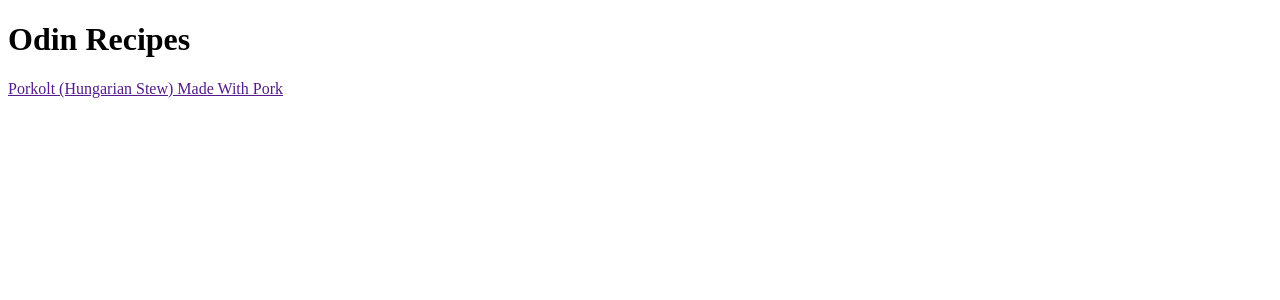
Repository: ShaneLau2/odin-recipes
Page: index.html
An editor plug-in stored every save of this project. The page is shown before and after a run of saves, followed by the edit.
The browser window is 1280 px wide. The pictures show the whole page.

Above is the page before, as saved 2024-02-23 16:54:41.

### index.html
<!DOCTYPE html>
<html lang="en">

<head>
    <meta charset="UTF-8">
    <meta name="viewport" content="width=device-width, initial-scale=1.0">
    <title>Odin Recipes</title>
</head>

<body>
    <h1>Odin Recipes</h1>
    <a href="">Porkolt (Hungarian Stew) Made With Pork</a>
</body>

</html>

After the next 3 saves:
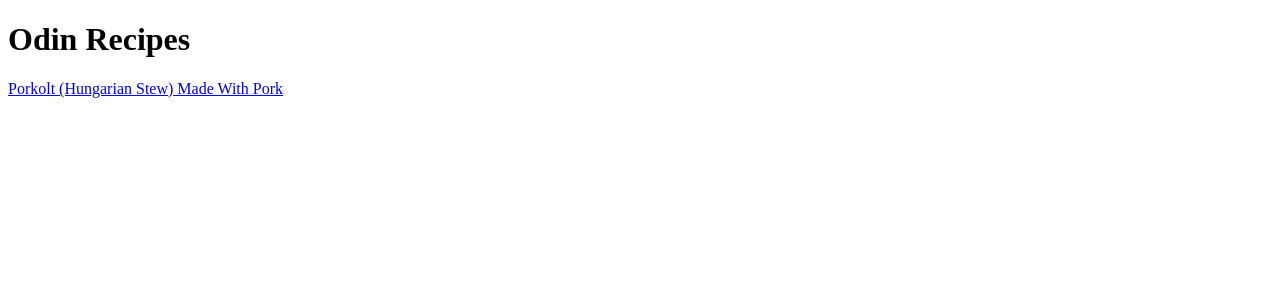
The 3 saves are shown as one change because they came seconds apart.
The last was saved 8 s later.
--- a/index.html
+++ b/index.html
@@ -9,7 +9,7 @@
 
 <body>
     <h1>Odin Recipes</h1>
-    <a href="">Porkolt (Hungarian Stew) Made With Pork</a>
+    <a href="recipes/Porkolt (Hungarian Stew) Made With Pork.html">Porkolt (Hungarian Stew) Made With Pork</a>
 </body>
 
 </html>
